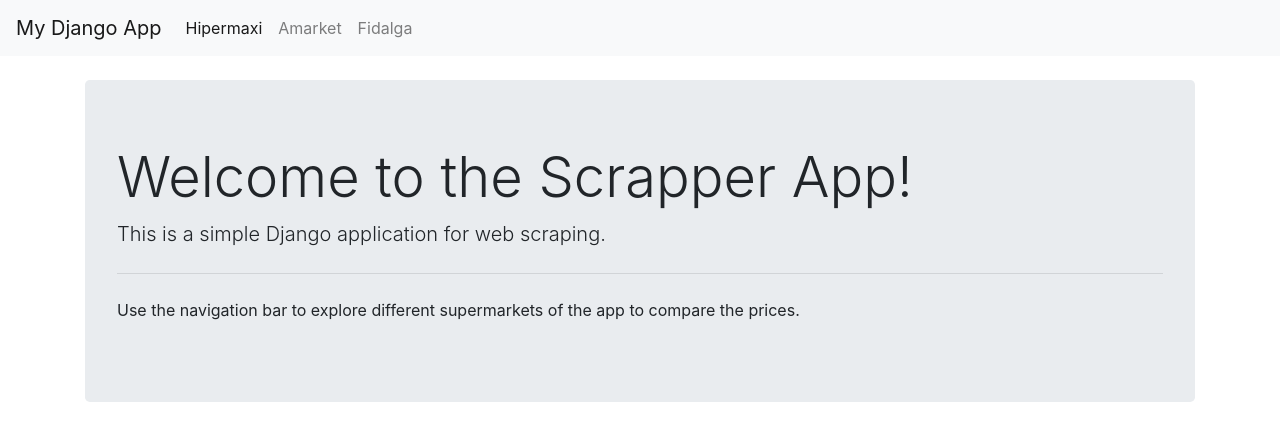
Repository: Nicolascresposu/Scraper-Supermercados
Page: http://localhost/
The author's editor kept a copy of each file at every save. The page is drawn from the files as they stood at one save, then again after the next save.
The browser window is 1280 px wide. The pictures show the whole page.
The page is served by the project's application, run on Django 5.2 (frontend/scrapper/manage.py). Other server files are loaded and not shown.

Above is the page before, as saved 2025-08-26 19:53:51.

### frontend/scrapper/scrapper_app/templates/home.html
{% extends "base.html" %} {% block title %} Home Page {% endblock %}
{% block content %}
  <div class="jumbotron mt-4">
    <h1 class="display-4">Welcome to the Scrapper App!</h1>
    <p class="lead">This is a simple Django application for web scraping.</p>
    <hr class="my-4" />
    <p>Use the navigation bar to explore different supermarkets of the app to compare the prices.</p>
    <!--<a class="btn btn-primary btn-lg" href="#" role="button">Learn more</a>-->
  </div>
{% endblock %}

### frontend/scrapper/scrapper_app/templates/base.html
<!DOCTYPE html>
<html lang="en">
  <head>
    <meta charset="UTF-8" />
    <meta name="viewport" content="width=device-width, initial-scale=1.0" />
    <title>
      {% block title %}
        Scrapper App
      {% endblock %}
    </title>
    <link rel="stylesheet" href="https://stackpath.bootstrapcdn.com/bootstrap/4.3.1/css/bootstrap.min.css"  rel="stylesheet" />
  </head>
  <body>
    <nav class="navbar navbar-expand-lg navbar-light bg-light">
      <a class="navbar-brand" href="#">My Django App</a>
      <button class="navbar-toggler" type="button" data-toggle="collapse" data-target="#navbarNav" aria-controls="navbarNav" aria-expanded="false" aria-label="Toggle navigation"><span class="navbar-toggler-icon"></span></button>
      <div class="collapse navbar-collapse" id="navbarNav">
        <ul class="navbar-nav">
          <li class="nav-item active">
            <a class="nav-link" href="#">Hipermaxi</a>
          </li>
          <li class="nav-item">
            <a class="nav-link" href="#">Amarket</a>
          </li>
          <li class="nav-item">
            <a class="nav-link" href="#">Fidalga</a>
          </li>
        </ul>
      </div>
    </nav>
    <div class="container">{% block content %} {% endblock %}</div>
    <script src="https://code.jquery.com/jquery-3.3.1.slim.min.js"></script>
    <script src="https://stackpath.bootstrapcdn.com/bootstrap/4.3.1/js/bootstrap.bundle.min.js" ></script>
  </body>
</html>

### frontend/scrapper/scrapper_app/views.py
from django.shortcuts import render
from django.http import HttpResponse

# Create your views here.
def home(request):
    return render(request, "home.html")

### frontend/scrapper/scrapper/urls.py
"""
URL configuration for scrapper project.

The `urlpatterns` list routes URLs to views. For more information please see:
    https://docs.djangoproject.com/en/5.2/topics/http/urls/
Examples:
Function views
    1. Add an import:  from my_app import views
    2. Add a URL to urlpatterns:  path('', views.home, name='home')
Class-based views
    1. Add an import:  from other_app.views import Home
    2. Add a URL to urlpatterns:  path('', Home.as_view(), name='home')
Including another URLconf
    1. Import the include() function: from django.urls import include, path
    2. Add a URL to urlpatterns:  path('blog/', include('blog.urls'))
"""
from django.contrib import admin
from django.urls import path, include

urlpatterns = [
    path('admin/', admin.site.urls),
    path("", include("scrapper_app.urls"))
]

Loaded but not shown: frontend/scrapper/scrapper_app/urls.py (common file)

After the next save:
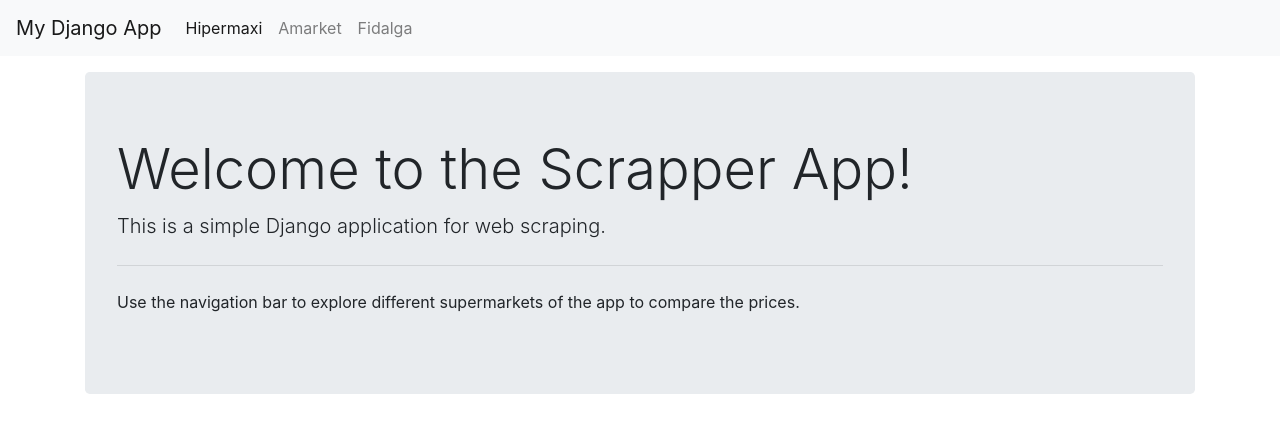
Saved 25 s later.
--- a/frontend/scrapper/scrapper_app/templates/home.html
+++ b/frontend/scrapper/scrapper_app/templates/home.html
@@ -1,6 +1,6 @@
 {% extends "base.html" %} {% block title %} Home Page {% endblock %}
 {% block content %}
-  <div class="jumbotron mt-4">
+  <div class="jumbotron mt-3">
     <h1 class="display-4">Welcome to the Scrapper App!</h1>
     <p class="lead">This is a simple Django application for web scraping.</p>
     <hr class="my-4" />
